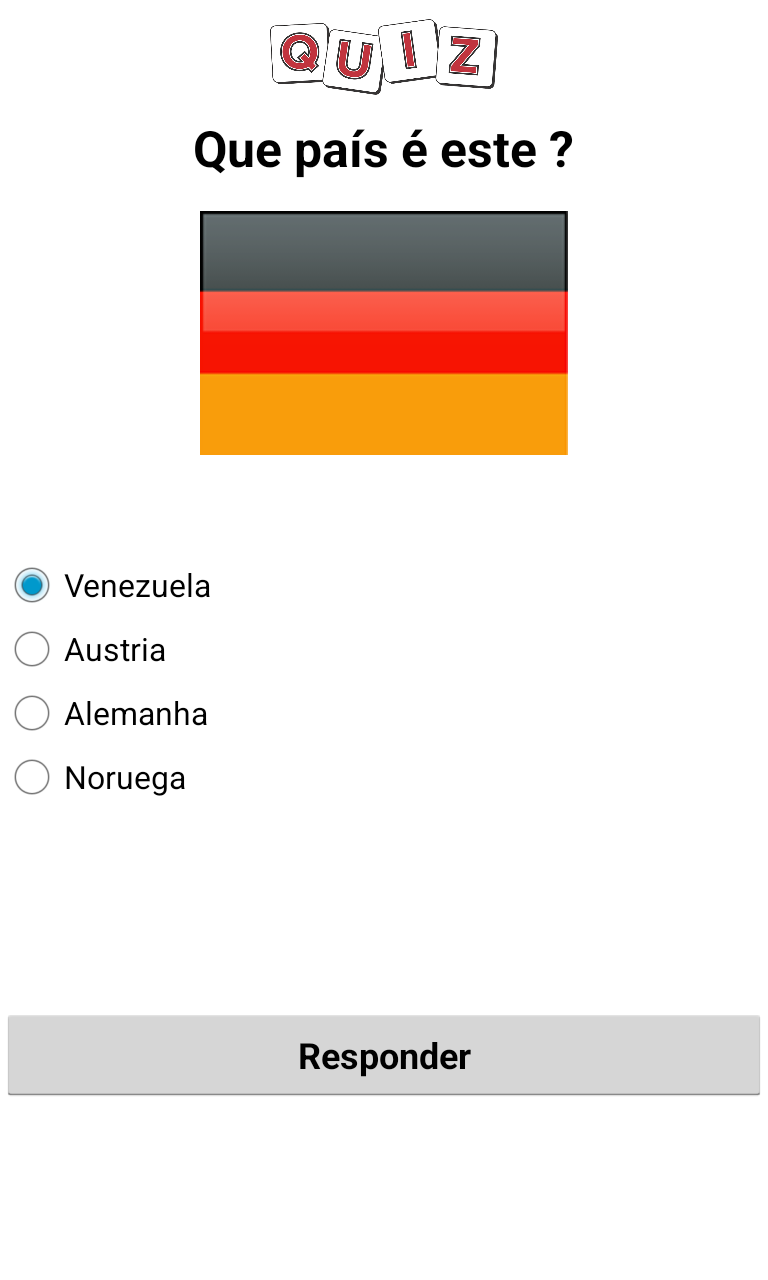
Repository: Rennanxp2/AndroidQuiz
Layout: Quiz Bandeiras Android/Quiz/res/layout/activity_quiz2.xml
These files come from the project's save history. The layout is drawn as it stood at one moment and after the next save; the edit follows.
It is drawn on a 768 x 1280 px phone screen (xhdpi) without system bars, with theme AppTheme; the app's code is not run.

Above is the layout before, as saved 2017-10-22 03:30:29.

### Quiz Bandeiras Android/Quiz/res/layout/activity_quiz2.xml
<LinearLayout xmlns:android="http://schemas.android.com/apk/res/android"
    xmlns:tools="http://schemas.android.com/tools"
    android:id="@+id/LinearLayout1"
    android:layout_width="match_parent"
    android:layout_height="match_parent"
    android:orientation="vertical"
    tools:context="${relativePackage}.${activityClass}" >

    <LinearLayout
        android:layout_width="match_parent"
        android:layout_height="wrap_content"
        android:orientation="vertical" >

        <ImageView
            android:id="@+id/imgResposta"
            android:layout_width="wrap_content"
            android:layout_height="57dp"
            android:src="@drawable/quiz" />
    </LinearLayout>

    <LinearLayout
        android:layout_width="match_parent"
        android:layout_height="wrap_content"
        android:layout_gravity="center"
        android:orientation="vertical" >

        <TextView
            android:id="@+id/txtDesempenho"
            android:layout_width="wrap_content"
            android:layout_height="wrap_content"
            android:layout_gravity="center"
            android:text="Que país é este ?"
            android:textAppearance="?android:attr/textAppearanceLarge"
            android:textSize="25sp"
            android:textStyle="bold" />
    </LinearLayout>

    <Space
        android:layout_width="match_parent"
        android:layout_height="wrap_content" />

    <LinearLayout
        android:layout_width="match_parent"
        android:layout_height="wrap_content"
        android:orientation="vertical" >

        <ImageView
            android:id="@+id/imageView2"
            android:layout_width="184dp"
            android:layout_height="152dp"
            android:layout_gravity="center"
            android:src="@drawable/alemanha" />
    </LinearLayout>

    <RelativeLayout
        android:layout_width="match_parent"
        android:layout_height="173dp" >

        <RadioGroup
            android:id="@+id/rgRespostas"
            android:layout_width="wrap_content"
            android:layout_height="wrap_content"
            android:layout_alignParentBottom="true"
            android:layout_alignParentLeft="true"
            android:layout_marginBottom="11dp" >

            <RadioButton
                android:id="@+id/rbResposta1"
                android:layout_width="wrap_content"
                android:layout_height="wrap_content"
                android:checked="true"
                android:text="Venezuela" />

            <RadioButton
                android:id="@+id/rbResposta2"
                android:layout_width="wrap_content"
                android:layout_height="wrap_content"
                android:text="Austria" />

            <RadioButton
                android:id="@+id/rbResposta3"
                android:layout_width="wrap_content"
                android:layout_height="wrap_content"
                android:text="Alemanha" />

            <RadioButton
                android:id="@+id/rbResposta4"
                android:layout_width="wrap_content"
                android:layout_height="wrap_content"
                android:text="Noruega" />
        </RadioGroup>

    </RelativeLayout>

    <RelativeLayout
        android:layout_width="match_parent"
        android:layout_height="match_parent" >

        <Button
            android:id="@+id/btnResponder"
            android:layout_width="match_parent"
            android:layout_height="wrap_content"
            android:layout_alignParentLeft="true"
            android:layout_centerVertical="true"
            android:text="Responder"
            android:onClick="btnResponderOnClick"
            android:textStyle="bold" />

    </RelativeLayout>

</LinearLayout>

Loaded but not shown: Quiz Bandeiras Android/Quiz/res/values/styles.xml (common file); Quiz Bandeiras Android/Quiz/res/values-v11/styles.xml (common file); Quiz Bandeiras Android/Quiz/res/values-v14/styles.xml (common file)

After the next save:
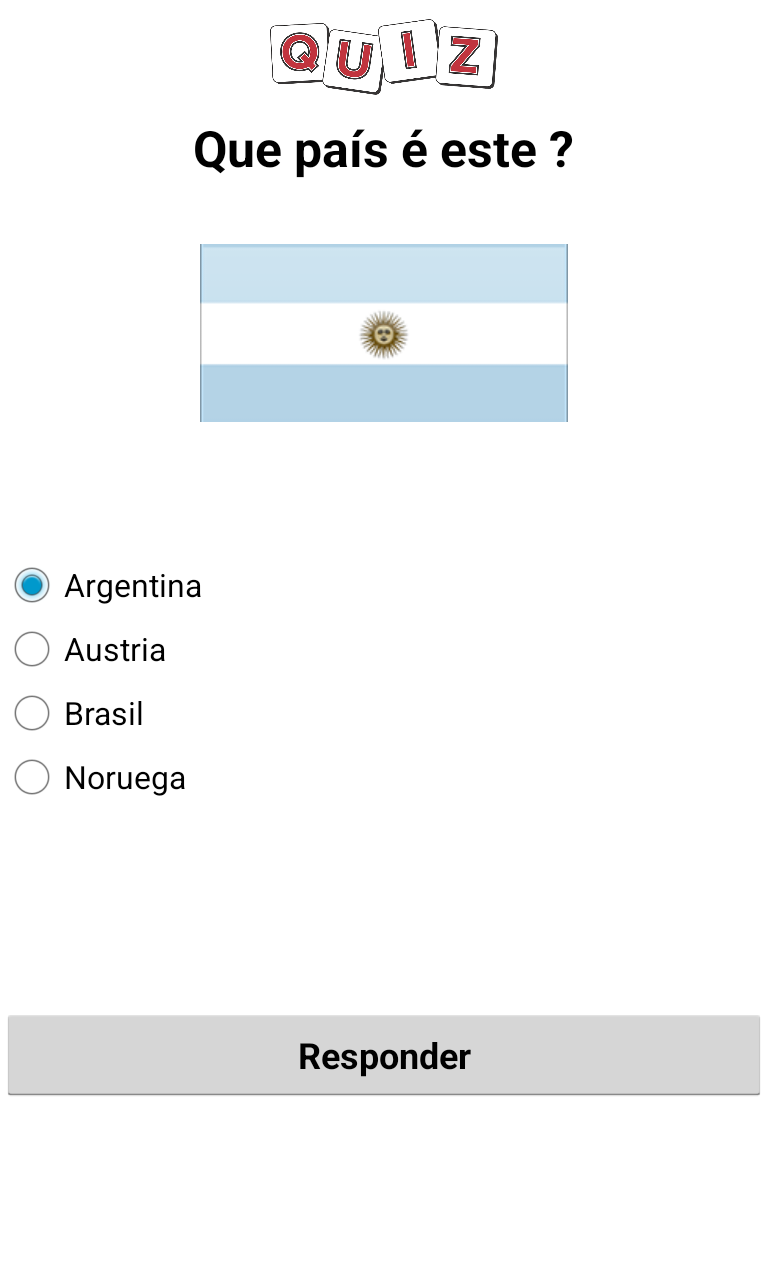
Saved 85 s later.
--- a/Quiz Bandeiras Android/Quiz/res/layout/activity_quiz2.xml
+++ b/Quiz Bandeiras Android/Quiz/res/layout/activity_quiz2.xml
@@ -49,7 +49,7 @@
             android:layout_width="184dp"
             android:layout_height="152dp"
             android:layout_gravity="center"
-            android:src="@drawable/alemanha" />
+            android:src="@drawable/argentina" />
     </LinearLayout>
 
     <RelativeLayout
@@ -69,7 +69,7 @@
                 android:layout_width="wrap_content"
                 android:layout_height="wrap_content"
                 android:checked="true"
-                android:text="Venezuela" />
+                android:text="Argentina" />
 
             <RadioButton
                 android:id="@+id/rbResposta2"
@@ -81,7 +81,7 @@
                 android:id="@+id/rbResposta3"
                 android:layout_width="wrap_content"
                 android:layout_height="wrap_content"
-                android:text="Alemanha" />
+                android:text="Brasil" />
 
             <RadioButton
                 android:id="@+id/rbResposta4"
